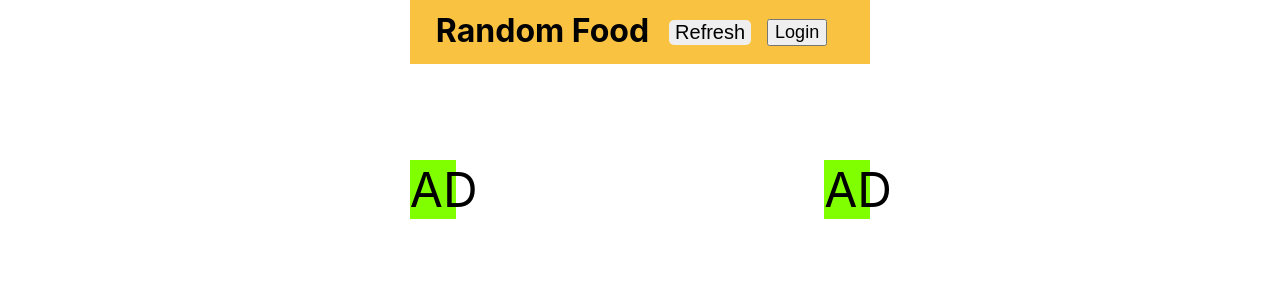
Repository: limjoohyun2030/random-food
Page: /random-food/home
An editor plug-in stored every save of this project. The page is shown before and after the next save, followed by the edit.
The browser window is 1280 px wide. The pictures show the whole page.
The page's requests for data from a server got no answer. The project was rebuilt for these pictures with package versions that can differ from the ones it lists, and the page was loaded fresh each time. A package was used in the major version that the imports need, not the one package.json lists. No one was signed in, and anything a server would have sent is missing. Also part of the build but not shown: src/components/food_detail/food_detail.module.css, src/components/food_detail/food_detail.jsx, src/components/food_item/food_item.module.css, src/components/food_item/food_item.jsx, src/components/login/login.module.css, src/components/login/login.jsx.

Above is the page before, as saved 2021-11-11 17:12:36.

### public/index.html
<!DOCTYPE html>
<html lang="en">
  <head>
    <meta charset="utf-8" />
    <link rel="icon" href="/images/foodIcon.ico" />
    <meta name="viewport" content="width=device-width, initial-scale=1" />
    <meta name="theme-color" content="#000000" />
    <meta
      name="description"
      content="Web site created using create-react-app"
    />

    <title>Random Food</title>
  </head>
  <body>
    <noscript>You need to enable JavaScript to run this app.</noscript>
    <div id="root"></div>
  </body>
</html>

### src/index.js
import React from "react";
import ReactDOM from "react-dom";
import "./index.css";
import App from "./app";
import AuthService from "./service/auth_service";

const authService = new AuthService();

ReactDOM.render(
  <React.StrictMode>
    <App authService={authService} />
  </React.StrictMode>,
  document.getElementById("root")
);

### src/index.css
body {
  margin: 0;
  padding: 0;
  font-family: -apple-system, BlinkMacSystemFont, "Segoe UI", "Roboto", "Oxygen",
    "Ubuntu", "Cantarell", "Fira Sans", "Droid Sans", "Helvetica Neue",
    sans-serif;
  -webkit-font-smoothing: antialiased;
  -moz-osx-font-smoothing: grayscale;
}

code {
  font-family: source-code-pro, Menlo, Monaco, Consolas, "Courier New",
    monospace;
}

* {
  box-sizing: border-box;
}

#root {
  display: flex;
  justify-content: center;
}

### src/app.jsx
import { useEffect, useState, useRef } from "react";
import { BrowserRouter, Route, Switch } from "react-router-dom";
import styles from "./app.module.css";
import FoodDetail from "./components/food_detail/food_detail";
import FoodList from "./components/food_list/food_list";
import Header from "./components/header/header";
import Login from "./components/login/login";


function App({ authService }) {
  const ref = useRef();
  const [foods, setFoods] = useState([]);
  const [isSelectedFood, setIsSelectedFood] = useState();
  const [isFoodOpen, setIsFoodOpen] = useState(false);
  const [isRefresh, setIsRefresh] = useState(false);

  const selectFood = (food) => {
    setIsSelectedFood(food);
  };

  const onRefreshClick = () => {
    setIsRefresh((oldstate) => !oldstate);
  };

  useEffect(() => {
    const myHeaders = new Headers();
    myHeaders.append("Content-Type", "application/json");

    const requestOptions = {
      method: "GET",
      headers: myHeaders,
      redirect: "follow",
    };

    fetch(
      "https://api.spoonacular.com/recipes/random?number=4&apiKey=92cedfb0b9e844679738e6c6c90cd453",
      requestOptions
    )
      .then((response) => response.json())
      .then((result) => setFoods(result.recipes))
      .catch((error) => console.log("error", error));
  }, [isRefresh]);

  useEffect(() => {
    const checkIfClickedOutside = (e) => {
      if (isFoodOpen && ref.current && !ref.current.contains(e.target)) {
        setIsFoodOpen(false);
      }
    };

    document.addEventListener("mousedown", checkIfClickedOutside);

    return () => {
      document.removeEventListener("mousedown", checkIfClickedOutside);
    };
  }, [isFoodOpen]);

  return (
    <div className={styles.app}>
      <BrowserRouter>
        <Switch>
          <Route
            exact
            path="/random-food/"
            render={() => <Login authService={authService} />}
          />

          <Route
            path="/random-food/home"
            render={() => (
              <div>
                <Header onRefreshClick={onRefreshClick} />
                <section>
                  <div className={styles.detail}>
                    {isFoodOpen && <FoodDetail food={isSelectedFood} />}
                  </div>

                  <div
                    className={styles.list}
                    onClick={() => setIsFoodOpen((oldstate) => !oldstate)}
                  >
                    <FoodList
                      foods={foods}
                      onFoodClick={selectFood}
                      ref={ref}
                    />
                  </div>
                </section>
              </div>
            )}
          />
          <Route path="*">
            <h2>Page Not Found</h2>
          </Route>
        </Switch>
      </BrowserRouter>
    </div>
  );
}

export default App;

### src/service/auth_service.js
import firebase from "firebase";
import firebaseApp from "./firebase";

class AuthService {
  login() {
    const authProvider = new firebase.auth.GoogleAuthProvider();
    return firebaseApp.auth().signInWithPopup(authProvider);
  }
}

export default AuthService;

### src/app.module.css
/* @value makerLightOrange from './common/colors.css'; */

.app {
  max-width: 100rem;
  /* background-image: url("https://image.freepik.com/free-photo/spaghetti-with-spicy-mixed-seafood-dark-background_1150-45297.jpg"); */
  background-repeat: no-repeat;
  background-size: 100vw 100vh;
}

.content {
  position: relative;
}

.detail {
  z-index: 2;
  /* margin: auto 0; */
  margin-top: 1em;
  height: 520px;
  width: auto;
  position: absolute;
  background-color: #dfe08e;
}

.list {
  /* visibility: hidden; */
  z-index: 1;
}

### src/components/food_list/food_list.jsx
import React from "react";
import FoodItem from "../food_item/food_item";
import styles from "./food_list.module.css";

const FoodList = React.forwardRef(({ foods, onFoodClick }, ref) => {
  return (
    <section className={styles.foodBox}>
      <div className={styles.sidebarLeft}>AD</div>
      <ul className={styles.foods}>
        {foods &&
          foods.map((food) => (
            <FoodItem
              key={food.id}
              food={food}
              onFoodClick={onFoodClick}
              ref={ref}
            />
          ))}
      </ul>
      <div className={styles.sidebarRight}>AD</div>
    </section>
  );
});

export default FoodList;

### src/components/header/header.jsx
import styles from "./header.module.css";
import React from "react";

const Header = ({ onRefreshClick }) => {
  return (
    <header className={styles.header}>
      <div className={styles.leftbox}>
        {/* <img
          className={styles.foodIcon}
          src="https://github.com/Sweetpotatopizza/random-food/blob/main/public/images/reloadIcon.png"
          alt="logo"
        /> */}
        <h1 className={styles.title}>Random Food</h1>
        <button className={styles.reloadBox} onClick={onRefreshClick}>
          Refresh
          {/* <img
            className={styles.reloadBtn}
            src="/images/reload.png"
            alt="reload"
          /> */}
        </button>
      </div>
      {/* fontawesome needed */}
      <div className={styles.rightbox}>
        {/* <button className={styles.like}>Like</button> */}
        <button className={styles.login}>Login</button>
      </div>
    </header>
  );
};

export default Header;

### src/service/firebase.js
// Import the functions you need from the SDKs you need
// import { initializeApp } from "firebase/app";
import firebase from "firebase";

// TODO: Add SDKs for Firebase products that you want to use
// https://firebase.google.com/docs/web/setup#available-libraries

// Your web app's Firebase configuration
// For Firebase JS SDK v7.20.0 and later, measurementId is optional
const firebaseConfig = {
  apiKey: process.env.REACT_APP_FIREBASE_API_KEY,
  authDomain: process.env.REACT_APP_FIREBASE_AUTH_DOMAIN,
  databaseURL: process.env.REACT_APP_FIREBASE_DB_URL,
  projectId: process.env.REACT_APP_FIREBASE_PROJECT_ID,
  appId: process.env.REACT_APP_FIREBASE_APP_ID,
};

// console.log(process.env.REACT_APP_FIREBASE_API_KEY);
// Initialize Firebase
const firebaseApp = firebase.initializeApp(firebaseConfig);
export default firebaseApp;

### src/components/food_list/food_list.module.css
.foodBox {
  display: flex;
}

.foods {
  display: flex;
  flex-wrap: wrap;
  list-style: none;
  justify-content: center;
  align-items: center;
  width: 80%;
  margin: 0 auto;
  padding: 0;
}

.sidebarLeft {
  margin-top: 2em;
  background-color: chartreuse;
  font-size: 3em;
  width: 10%;
  cursor: pointer;
  position: relative;
}

.sidebarLeft::after {
  position: absolute;
  z-index: 2;
}

.sidebarRight {
  margin-top: 2em;
  background-color: chartreuse;
  font-size: 3em;
  width: 10%;
  cursor: pointer;
  position: relative;
}

.sidebarRight::after {
  position: absolute;
  z-index: 2;
}

@media screen and (max-width: 769px) {
  .foods {
    flex-direction: column;
    flex-wrap: nowrap;
    width: 100%;
  }
}

### src/components/header/header.module.css
/* @value makerOrange from '../../common/colors.css'; */

.header {
  display: flex;
  height: 4rem;
  padding: 0.8em 1em;
  background-color: #fac241;
  align-items: center;
  justify-content: space-between;
}

.leftbox {
  display: flex;
  align-items: center;
  margin-right: 1em;
}

.title {
  margin-top: 19px;
  margin-left: 10px;
}

.foodIcon {
  width: 50px;
  height: 50px;
}

.reloadBox {
  font-size: 20px;
  border-radius: 5px;
  border: none;
  margin-left: 1em;
  transition: transform 200ms ease-in-out;
}

.reloadBox:hover {
  cursor: pointer;
  transform: scale(1.07);
}

.reloadBtn {
  width: 40px;
  height: 40px;
}

.reloadBtn:hover {
  cursor: pointer;
  animation-name: spin;
  animation-duration: 2000ms;
  animation-iteration-count: infinite;
  animation-timing-function: linear;
}

@keyframes spin {
  from {
    transform: rotate(0deg);
  }
  to {
    transform: rotate(360deg);
  }
}

.like {
  margin-right: 1.5em;
  font-size: large;
  cursor: pointer;
  transition: transform 200ms ease-in-out;
}

.like:hover {
  transform: scale(1.07);
}

.login {
  margin-right: 1.5em;
  font-size: large;
  cursor: pointer;
}

After the next save:
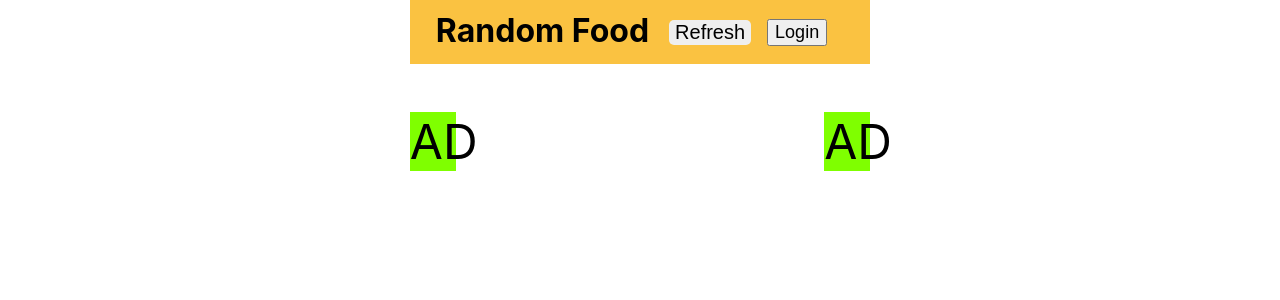
Saved 10 s later.
--- a/src/components/food_list/food_list.module.css
+++ b/src/components/food_list/food_list.module.css
@@ -14,7 +14,7 @@
 }
 
 .sidebarLeft {
-  margin-top: 2em;
+  margin-top: 1em;
   background-color: chartreuse;
   font-size: 3em;
   width: 10%;
@@ -28,7 +28,7 @@
 }
 
 .sidebarRight {
-  margin-top: 2em;
+  margin-top: 1em;
   background-color: chartreuse;
   font-size: 3em;
   width: 10%;
